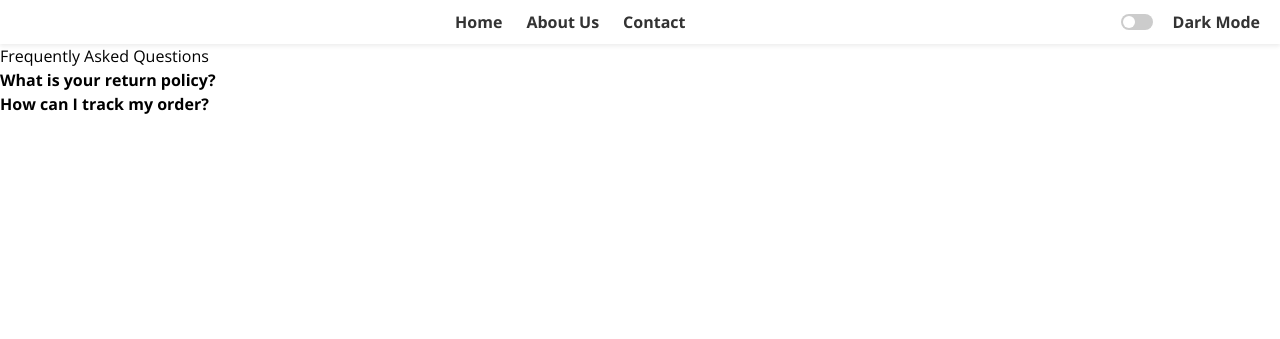
Repository: sriram1224/Text-converter
Page: /about
An editor plug-in stored every save of this project. The page is shown before and after the next save, followed by the edit.
The browser window is 1280 px wide. The pictures show the whole page.
The project was rebuilt for these pictures with package versions that can differ from the ones it lists, and the page was loaded fresh each time. Also part of the build but not shown: src/Home.jsx.

Above is the page before, as saved 2024-03-27 03:54:52.

### src/index.css
@tailwind base;
@tailwind components;
@tailwind utilities;

body{
    font-family: "Open Sans", sans-serif;

}

### src/App.js
import React from "react";
import { BrowserRouter as Router, Routes, Route } from "react-router-dom"; // Import Routes

import Header from "./Header";
import Home from "./Home";
import About from "./About";
import Contact from "./Contact";

function App() {
  return (
    <Router>
      <div>
        <Header />
        {/* Use Routes instead of multiple Route components */}
        <Routes>
          <Route path="/" element={<Home />} />
          <Route path="/about" element={<About />} />
          <Route path="/contact" element={<Contact />} />
        </Routes>
      </div>
    </Router>
  );
}

export default App;

### src/Header.jsx
import React, { useState, useEffect } from 'react';
import Navbar from './Navbar';

function Header() {
  const [isDarkMode, setIsDarkMode] = useState(false);
  const [showSuccessMessage, setShowSuccessMessage] = useState(false);

  const toggleDarkMode = () => {
    setIsDarkMode(!isDarkMode);
    setShowSuccessMessage(true); // Show success message when mode changes
    setTimeout(() => {
      setShowSuccessMessage(false); // Hide success message after 2 seconds
    }, 2000);
    };
    useEffect(() => {
        document.body.classList.toggle('dark', isDarkMode);

    },[isDarkMode]);

  return (
    <div>
      <Navbar isDarkMode={isDarkMode} toggleDarkMode={toggleDarkMode} />
      {/* Success message */}
      {showSuccessMessage && (
        <div className="success-message">
          Success: {isDarkMode ? 'Dark' : 'Light'} mode has been enabled
        </div>
      )}
    </div>
  );
}

export default Header;

### src/About.jsx

import React, { useState } from 'react';

function FAQItem({ question, answer }) {
  const [isOpen, setIsOpen] = useState(false);

  const toggleAnswer = () => {
    setIsOpen(!isOpen);
  };

  return (
    <div>
      <div onClick={toggleAnswer} style={{ cursor: 'pointer' }}>
        <strong>{question}</strong>
      </div>
      {isOpen && <div>{answer}</div>}
    </div>
  );
}

function About() {
  return (
    <div>
      <h1>Frequently Asked Questions</h1>
      <FAQItem
        question="What is your return policy?"
        answer="Our return policy allows returns within 30 days of purchase."
      />
      <FAQItem
        question="How can I track my order?"
        answer="You can track your order by logging into your account."
      />
      {/* Add more FAQ items as needed */}
    </div>
  );
}

export default About;

### src/Navbar.jsx
import React, { useState } from 'react';
import { Link } from 'react-router-dom';
import './Navbar.css';

function Navbar({ isDarkMode, toggleDarkMode }) {
  const [isMenuOpen, setIsMenuOpen] = useState(false);

  const toggleMenu = () => {
    setIsMenuOpen(!isMenuOpen);
  };

  return (
    <nav className={`navbar-container ${isDarkMode ? 'dark' : 'light'}`}>
      <Link to="/" className="navbar-brand">

      </Link>
      <div className="navbar-toggle" onClick={toggleMenu}>
        <svg className="navbar-toggle-icon" viewBox="0 0 20 20" xmlns="http://www.w3.org/2000/svg">
          <title>Mobile menu</title>
          <path d="M0 3h20v2H0V3zm0 6h20v2H0V9zm0 6h20v2H0v-2z"></path>
        </svg>
      </div>
      <ul className={`navbar-menu ${isMenuOpen ? 'open' : ''}`}>
        <li><Link to="/" className="navbar-link">Home</Link></li>
        <li><Link to="/about" className="navbar-link">About Us</Link></li>
        <li><Link to="/contact" className="navbar-link">Contact</Link></li>
      </ul>
      <label className="toggle-dark-mode">
        <input type="checkbox" checked={isDarkMode} onChange={toggleDarkMode} className="sr-only peer" />
        <div className="toggle-track peer-focus:ring-dark peer-checked:after"></div>
        <span className={`toggle-label ${isDarkMode ? 'dark' : 'light'}`}>{isDarkMode ? "Light Mode" : "Dark Mode"}</span>
      </label>
      {isMenuOpen && <div className="navbar-backdrop" onClick={toggleMenu}></div>}
    </nav>
  );
}

export default Navbar;

### src/Navbar.css

@import url('https://fonts.googleapis.com/css2?family=Open+Sans:ital,wght@0,300..800;1,300..800&family=Signika:wght@300..700&display=swap');

nav{
    font-family: "Open Sans", sans-serif;
    font-size: 16px;
    font-weight: bold;
}
.navbar-container.light {
    background-color: #fff;
    color: #333;
    padding: 10px 20px;
    display: flex;
    justify-content: space-between;
    align-items: center;
    box-shadow: 0 2px 4px rgba(73, 73, 73, 0.1);
}


.navbar-container.dark {
    background-color: #333;
    color: #1c3feb;
    padding: 10px 20px;
        display: flex;
        justify-content: space-between;
        align-items: center;
        box-shadow: 0 4px 4px rgba(197, 188, 188, 0.1);
}


.success-message {
    color: #008000;

    background-color: #7fffd4;

    position: absolute;
    top: 20px;
    padding: 10px;
    border-radius: 5px;
    margin-top: 10px;
}

.navbar-brand {
    font-size: 24px;
    font-weight: bold;
    line-height: 1;
    color: inherit;
    text-decoration: none;
}

/* Navbar Toggle Button */
.navbar-toggle {
    display: none;
    cursor: pointer;
}

/* Navbar Toggle Icon */
.navbar-toggle-icon {
    height: 24px;
    width: 24px;
    fill: currentColor;
}

/* Navbar Menu */
.navbar-menu {
    list-style: none;
    display: flex;
    align-items: center;
    gap: 24px;
}

.navbar-menu.open {
    display: flex;
}

/* Navbar Link */
.navbar-link {
    font-size: 16px;

    text-decoration: none;
}

/* Toggle Dark Mode */
.toggle-dark-mode {
    display: flex;
    align-items: center;
    cursor: pointer;
    gap: 20px;
}

.toggle-track {
    width: 32px;
    height: 16px;
    background-color: #ccc;
    border-radius: 8px;
    position: relative;
}

.toggle-track:after {
    content: '';
    position: absolute;
    top: 2px;
    left: 2px;
    width: 12px;
    height: 12px;
    border-radius: 50%;
    background-color: #fff;
    transition: transform 0.3s;
}

.toggle-dark-mode input[type="checkbox"]:checked+.toggle-track:after {
    transform: translateX(16px);
}

.toggle-label .light {
    margin-left: 8px;
    font-size: 14px;
    color: #000000;
}
.toggle-label .dark {
    margin-left: 8px;
    font-size: 14px;
    color: #ffefef;
}

### tailwind.config.js
const path = require('path');

module.exports = {
  content: [
    './src/**/*.{html,jsx}',
  ],
  theme: {
    extend: {},
  },
  plugins: [],
};

### src/Home.css

.dark{
    background-color: #343a40;


}
.container {
    margin-top: 30px;
    padding: 20px;
}

.input-container {

    margin: auto;
    background-color: #f0f0f0;
    padding: 20px;
    border-radius: 8px;
    box-shadow: 0 2px 4px rgba(0, 0, 0, 0.46);
}

.input-field {
    width: 100%;
    padding: 10px;
    margin-bottom: 10px;
    border: 1px solid #ccc;
    border-radius: 4px;
    outline: none;
}

.btn {
    padding: 10px 20px;
    margin-right: 10px;
    background-color: #007bff;
    color: white;
    border: none;
    border-radius: 4px;
    cursor: pointer;
    outline: none;
}

.btn:hover {
    background-color: #0056b3;
}

.summary-container {
    margin: 20px auto;
    padding: 20px;
    background-color: #f8f9fa;
    border-radius: 8px;
    box-shadow: 0 2px 4px rgba(0, 0, 0, 0.511);

    transition: all 0.3s ease;
}

.summary-container:hover {
    box-shadow: 0 5px 15px rgba(0, 0, 0, 0.2);
}

.summary-heading {
    font-size: 24px;
    font-weight: bold;
    margin-bottom: 20px;
    color: #343a40;
    text-transform: uppercase;
    letter-spacing: 1px;
}

.preview-text {
    margin-top: 10px;
    padding: 10px;
    border: 1px solid #ced4da;
    border-radius: 4px;
    width: 100%;
    box-sizing: border-box;
    font-size: 16px;
    color: #495057;
    background-color: #ffffff;
    transition: all 0.3s ease;
}

.preview-text:focus {
    border-color: #495057;
    box-shadow: 0 0 0 0.2rem rgba(73, 80, 87, 0.25);
}

Loaded but not shown: public/index.html (common file); src/index.js (common file); src/reportWebVitals.js (common file); src/Contact.jsx (no stored copy; drawn as an empty file)

After the next save:
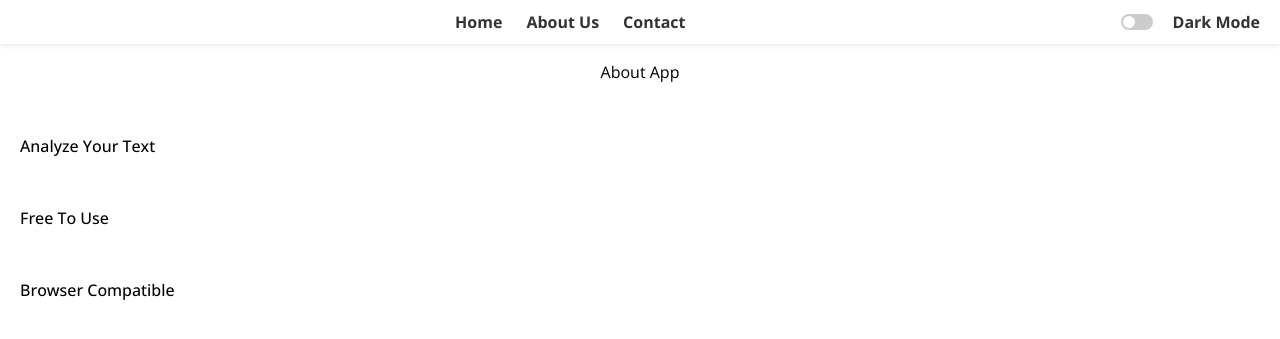
Saved 57 s later.
--- a/src/About.jsx
+++ b/src/About.jsx
@@ -1,38 +1,104 @@
+import React from 'react';
 
-import React, { useState } from 'react';
+export default function About(props) {
+  /* ---------------Dark mode functionality---------------- */
+  let mystyledark1 = {
+    color: '#fff',
+    backgroundColor: 'transparent',
+  };
 
-function FAQItem({ question, answer }) {
-  const [isOpen, setIsOpen] = useState(false);
+  let mystyledark2 = {
+    color: '#fff',
+    backgroundColor: '#000',
+    textDecoration: 'none',
+    fontWeight: 'bold',
+  };
 
-  const toggleAnswer = () => {
-    setIsOpen(!isOpen);
+  /*------------------------- light mode functionality------------- */
+  let mystyleLight1 = {
+    color: '#000',
+    background: 'transparent',
+  };
+
+  let mystyleLight2 = {
+    color: '#000',
+    backgroundColor: '#fff',
+    textDecoration: 'none',
+    fontWeight: '500',
   };
 
   return (
-    <div>
-      <div onClick={toggleAnswer} style={{ cursor: 'pointer' }}>
-        <strong>{question}</strong>
+    <div className="main py-4" id="main" style={props.mode === 'dark' ? mystyledark1 : mystyleLight1}>
+      <h1 className="text-center">About App</h1>
+      <div className="container">
+        <div className="accordion" id="accordionExample">
+          <div className="accordion-item" style={props.mode === 'dark' ? mystyledark2 : mystyleLight2}>
+            <h2 className="accordion-header" id="headingOne">
+              <button
+                style={props.mode === 'dark' ? mystyledark2 : mystyleLight2}
+                className="accordion-button"
+                type="button"
+                data-bs-toggle="collapse"
+                data-bs-target="#collapseOne"
+                aria-expanded="true"
+                aria-controls="collapseOne"
+                id="acc1" // Changed id to make it unique
+              >
+                Analyze Your Text
+              </button>
+            </h2>
+            <div id="collapseOne" className="accordion-collapse collapse show" aria-labelledby="headingOne" data-bs-parent="#accordionExample">
+              <div className="accordion-body">
+                <strong>TextUtils gives you a way to analyze your text quickly and efficiently. It lets you count words, count characters, or estimate reading time required. It has both light and dark mode for better compatibility.</strong>
+              </div>
+            </div>
+          </div>
+
+          <div className="accordion-item" style={props.mode === 'dark' ? mystyledark2 : mystyleLight2}>
+            <h2 className="accordion-header" id="headingTwo">
+              <button
+                style={props.mode === 'dark' ? mystyledark2 : mystyleLight2}
+                className="accordion-button"
+                type="button"
+                data-bs-toggle="collapse"
+                data-bs-target="#collapseTwo"
+                aria-expanded="true"
+                aria-controls="collapseTwo"
+                id="acc2" // Changed id to make it unique
+              >
+                Free To Use
+              </button>
+            </h2>
+            <div id="collapseTwo" className="accordion-collapse collapse show" aria-labelledby="headingTwo" data-bs-parent="#accordionExample">
+              <div className="accordion-body">
+                <strong>TextUtils is a free character counter tool that provides instant character count and word count statistics for a given text. TextUtils reports the number of words and characters. Thus, it is suitable for writing text with word/character limit.</strong>
+              </div>
+            </div>
+          </div>
+
+          <div className="accordion-item" style={props.mode === 'dark' ? mystyledark2 : mystyleLight2}>
+            <h2 className="accordion-header" id="headingThree">
+              <button
+                style={props.mode === 'dark' ? mystyledark2 : mystyleLight2}
+                className="accordion-button"
+                type="button"
+                data-bs-toggle="collapse"
+                data-bs-target="#collapseThree"
+                aria-expanded="true"
+                aria-controls="collapseThree"
+                id="acc3" // Changed id to make it unique
+              >
+                Browser Compatible
+              </button>
+            </h2>
+            <div id="collapseThree" className="accordion-collapse collapse show" aria-labelledby="headingThree" data-bs-parent="#accordionExample">
+              <div className="accordion-body">
+                <strong>This word counter software works in any web browser such as Chrome, Firefox, Internet Explorer, Safari, Opera, etc.</strong>
+              </div>
+            </div>
+          </div>
+        </div>
       </div>
-      {isOpen && <div>{answer}</div>}
     </div>
   );
 }
-
-function About() {
-  return (
-    <div>
-      <h1>Frequently Asked Questions</h1>
-      <FAQItem
-        question="What is your return policy?"
-        answer="Our return policy allows returns within 30 days of purchase."
-      />
-      <FAQItem
-        question="How can I track my order?"
-        answer="You can track your order by logging into your account."
-      />
-      {/* Add more FAQ items as needed */}
-    </div>
-  );
-}
-
-export default About;

After the save that followed:
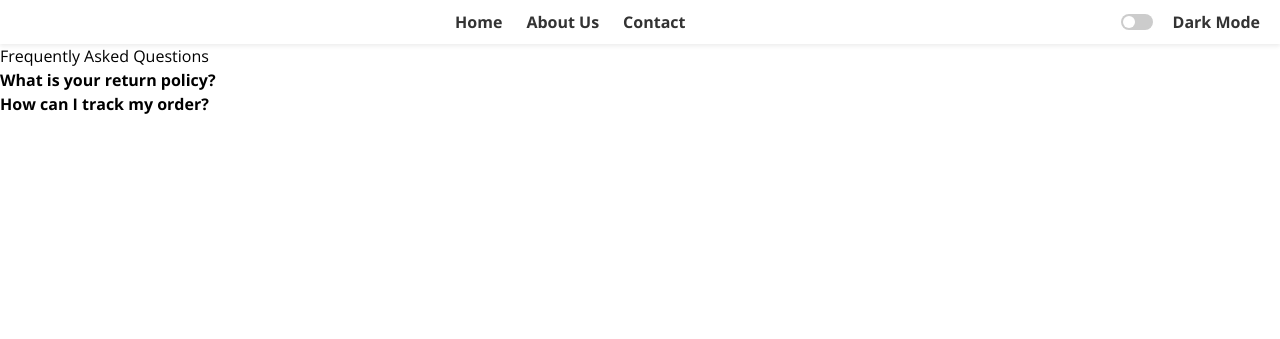
Saved 27 s later.
--- a/src/About.jsx
+++ b/src/About.jsx
@@ -1,104 +1,38 @@
-import React from 'react';
 
-export default function About(props) {
-  /* ---------------Dark mode functionality---------------- */
-  let mystyledark1 = {
-    color: '#fff',
-    backgroundColor: 'transparent',
-  };
+import React, { useState } from 'react';
 
-  let mystyledark2 = {
-    color: '#fff',
-    backgroundColor: '#000',
-    textDecoration: 'none',
-    fontWeight: 'bold',
-  };
+function FAQItem({ question, answer }) {
+  const [isOpen, setIsOpen] = useState(false);
 
-  /*------------------------- light mode functionality------------- */
-  let mystyleLight1 = {
-    color: '#000',
-    background: 'transparent',
-  };
-
-  let mystyleLight2 = {
-    color: '#000',
-    backgroundColor: '#fff',
-    textDecoration: 'none',
-    fontWeight: '500',
+  const toggleAnswer = () => {
+    setIsOpen(!isOpen);
   };
 
   return (
-    <div className="main py-4" id="main" style={props.mode === 'dark' ? mystyledark1 : mystyleLight1}>
-      <h1 className="text-center">About App</h1>
-      <div className="container">
-        <div className="accordion" id="accordionExample">
-          <div className="accordion-item" style={props.mode === 'dark' ? mystyledark2 : mystyleLight2}>
-            <h2 className="accordion-header" id="headingOne">
-              <button
-                style={props.mode === 'dark' ? mystyledark2 : mystyleLight2}
-                className="accordion-button"
-                type="button"
-                data-bs-toggle="collapse"
-                data-bs-target="#collapseOne"
-                aria-expanded="true"
-                aria-controls="collapseOne"
-                id="acc1" // Changed id to make it unique
-              >
-                Analyze Your Text
-              </button>
-            </h2>
-            <div id="collapseOne" className="accordion-collapse collapse show" aria-labelledby="headingOne" data-bs-parent="#accordionExample">
-              <div className="accordion-body">
-                <strong>TextUtils gives you a way to analyze your text quickly and efficiently. It lets you count words, count characters, or estimate reading time required. It has both light and dark mode for better compatibility.</strong>
-              </div>
-            </div>
-          </div>
-
-          <div className="accordion-item" style={props.mode === 'dark' ? mystyledark2 : mystyleLight2}>
-            <h2 className="accordion-header" id="headingTwo">
-              <button
-                style={props.mode === 'dark' ? mystyledark2 : mystyleLight2}
-                className="accordion-button"
-                type="button"
-                data-bs-toggle="collapse"
-                data-bs-target="#collapseTwo"
-                aria-expanded="true"
-                aria-controls="collapseTwo"
-                id="acc2" // Changed id to make it unique
-              >
-                Free To Use
-              </button>
-            </h2>
-            <div id="collapseTwo" className="accordion-collapse collapse show" aria-labelledby="headingTwo" data-bs-parent="#accordionExample">
-              <div className="accordion-body">
-                <strong>TextUtils is a free character counter tool that provides instant character count and word count statistics for a given text. TextUtils reports the number of words and characters. Thus, it is suitable for writing text with word/character limit.</strong>
-              </div>
-            </div>
-          </div>
-
-          <div className="accordion-item" style={props.mode === 'dark' ? mystyledark2 : mystyleLight2}>
-            <h2 className="accordion-header" id="headingThree">
-              <button
-                style={props.mode === 'dark' ? mystyledark2 : mystyleLight2}
-                className="accordion-button"
-                type="button"
-                data-bs-toggle="collapse"
-                data-bs-target="#collapseThree"
-                aria-expanded="true"
-                aria-controls="collapseThree"
-                id="acc3" // Changed id to make it unique
-              >
-                Browser Compatible
-              </button>
-            </h2>
-            <div id="collapseThree" className="accordion-collapse collapse show" aria-labelledby="headingThree" data-bs-parent="#accordionExample">
-              <div className="accordion-body">
-                <strong>This word counter software works in any web browser such as Chrome, Firefox, Internet Explorer, Safari, Opera, etc.</strong>
-              </div>
-            </div>
-          </div>
-        </div>
+    <div>
+      <div onClick={toggleAnswer} style={{ cursor: 'pointer' }}>
+        <strong>{question}</strong>
       </div>
+      {isOpen && <div>{answer}</div>}
     </div>
   );
 }
+
+function FAQ() {
+  return (
+    <div>
+      <h1>Frequently Asked Questions</h1>
+      <FAQItem
+        question="What is your return policy?"
+        answer="Our return policy allows returns within 30 days of purchase."
+      />
+      <FAQItem
+        question="How can I track my order?"
+        answer="You can track your order by logging into your account."
+      />
+      {/* Add more FAQ items as needed */}
+    </div>
+  );
+}
+
+export default FAQ;
